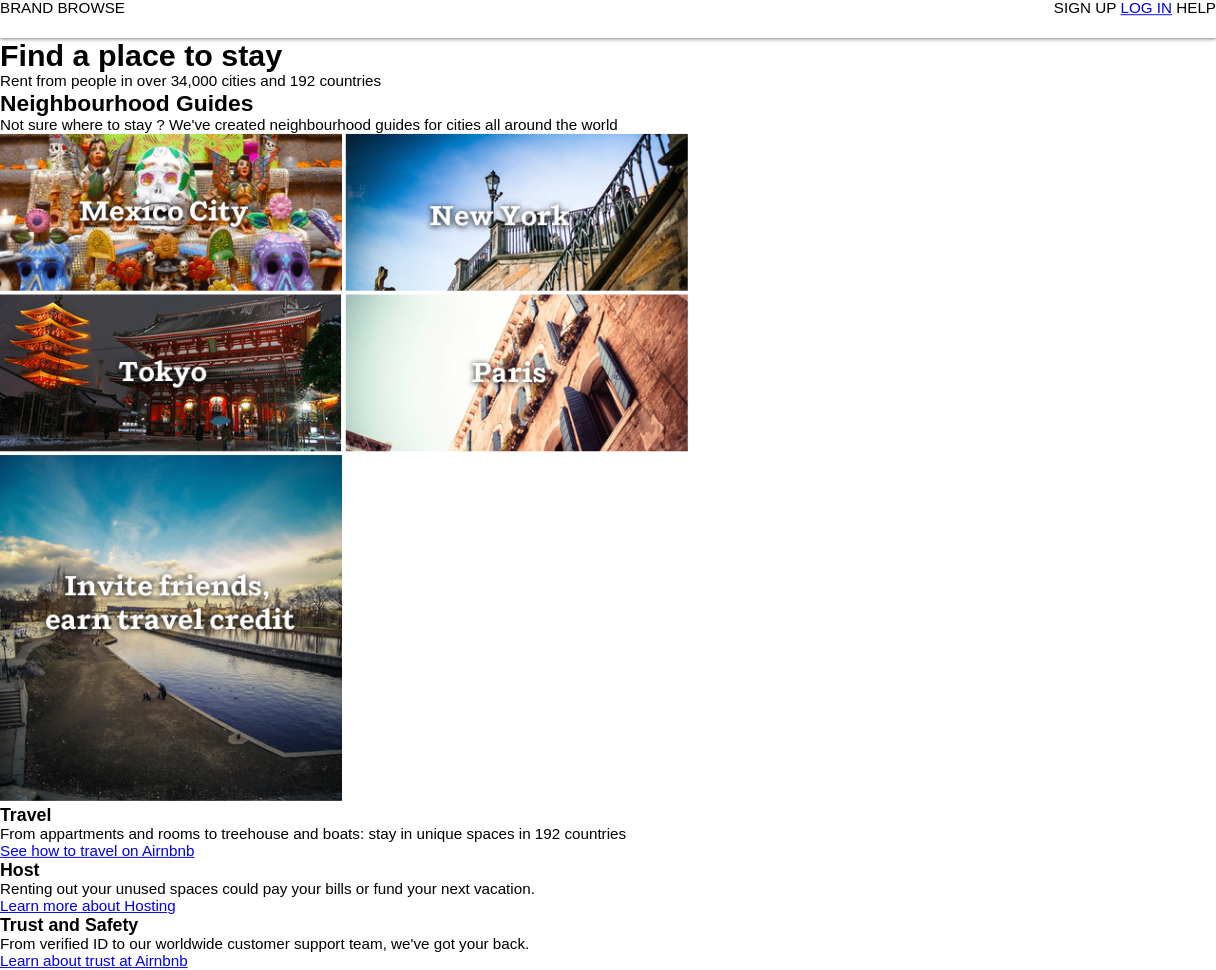
Repository: Naohonproject/web101x02_asm1
Page: Project2.html
The author's editor kept a copy of each file at every save. The page is drawn from the files as they stood at one save, then again after the next save.
The browser window is 1280 px wide. The pictures show the whole page, at 95% of full size.

Above is the page before, as saved 2022-01-15 16:53:23.

After the next save:
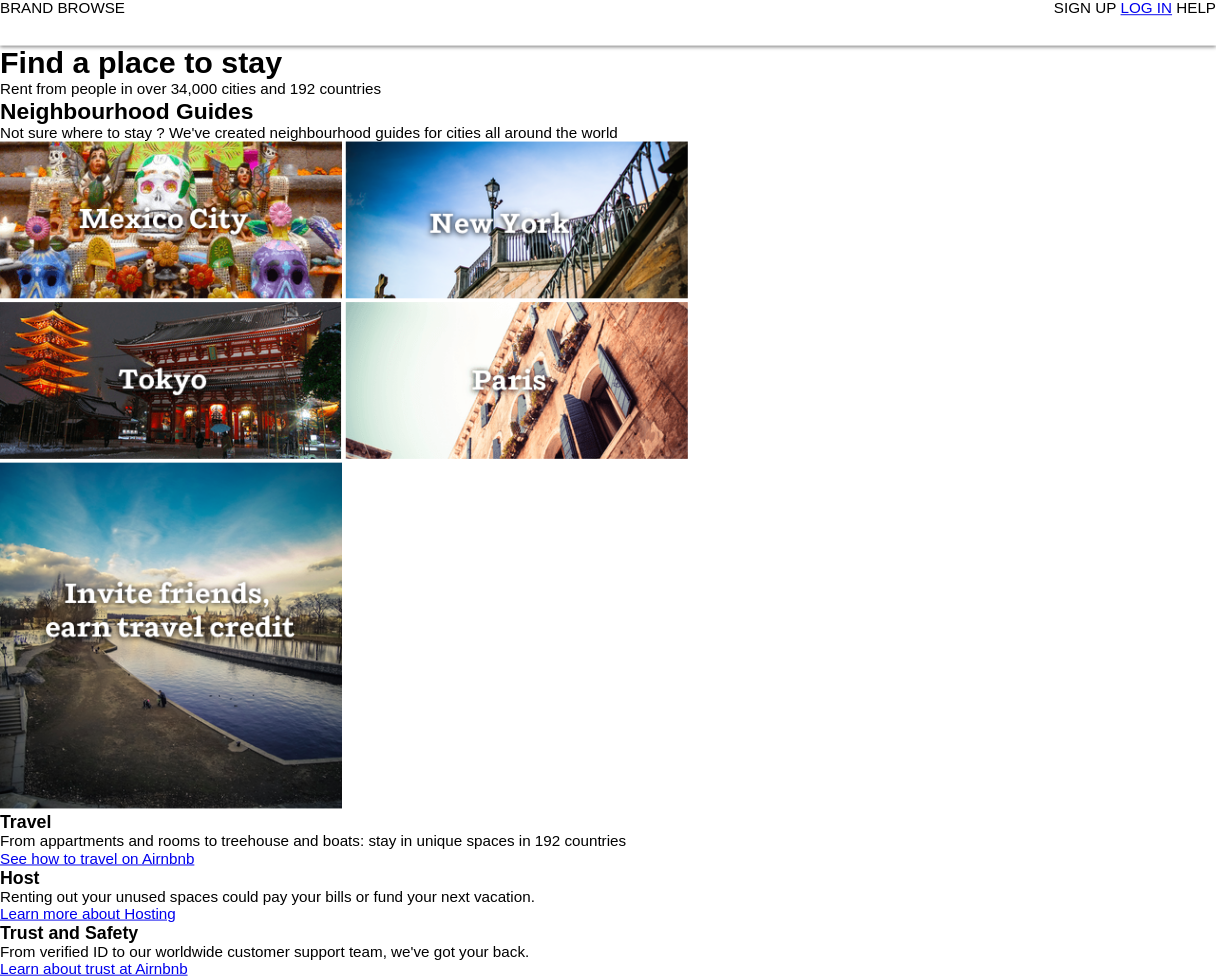
Saved 6 s later.
--- a/assets/css/style.css
+++ b/assets/css/style.css
@@ -46,7 +46,7 @@ html {
 }
 
 #header {
-	height: 40px;
+	height: 48px;
 	width: 100%;
 	background-color: #fff;
 	box-shadow: 0 1px 4px grey;
